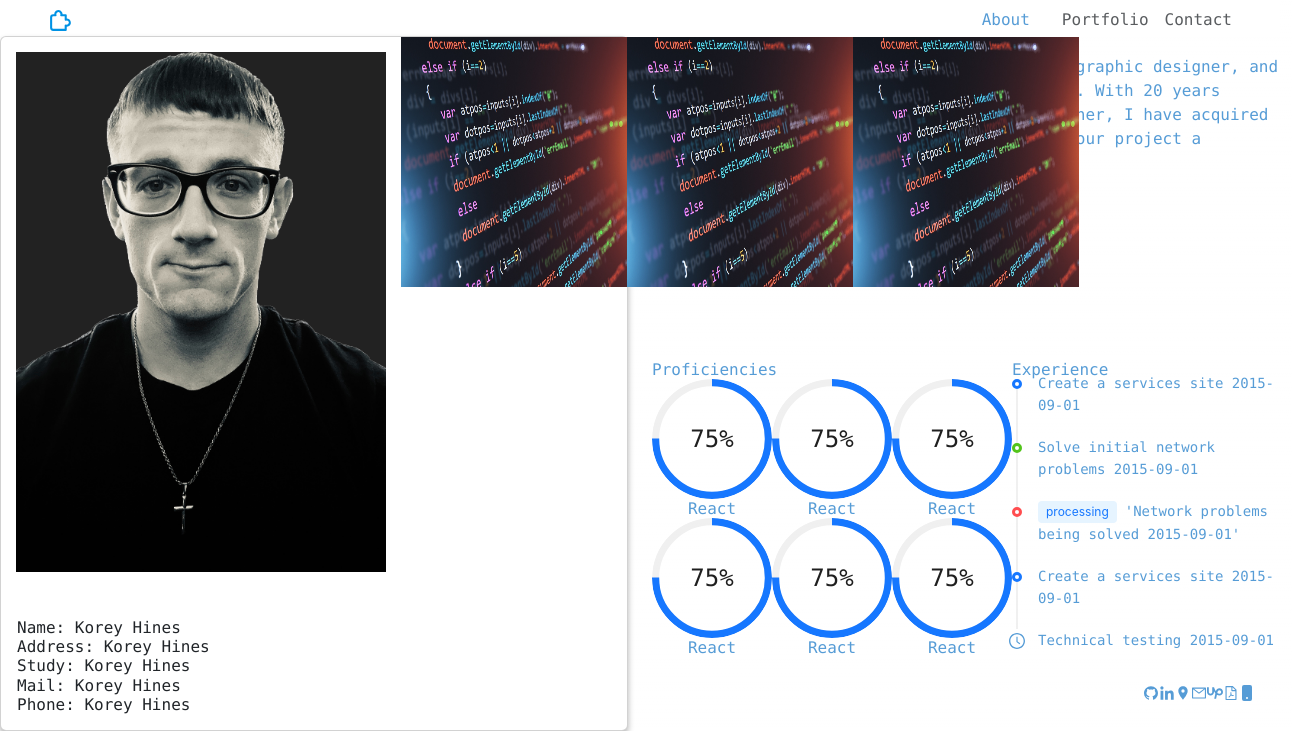
Repository: devkthines/next-portfolio-v2
Page: /about
These files come from the project's save history. The page is drawn as it stood at one moment and after a run of saves; the edit follows.
The browser window is 1280 px wide. The page is 1292 px wide, so the pictures cover 1292 px, including what lies to the right of the window. The pictures show the whole page.
The project was rebuilt for these pictures with package versions that can differ from the ones it lists, and the page was loaded fresh each time. The framework's server and built-in components were replaced by stand-ins that run in the browser. Also part of the build but not shown: next.config.js.

Above is the page before, as saved 2023-09-25 21:28:58.

### src/app/layout.tsx
import 'bootstrap/dist/css/bootstrap.css';
import './globals.css'
import '../../css/style.css'
import '../../css/mobile.css'
import type { Metadata } from 'next'
import { Inter } from 'next/font/google'
import TopNav from './components/topNav'
import Footer from './components/footer'
import BottomNav from './components/bottomNav'
// Put any other imports below so that CSS from your
// components takes precedence over default styles.
const inter = Inter({ subsets: ['latin'] })

export const metadata: Metadata = {
  title: "&lt;Korey ❤️ Coding/&gt;",
  description: 'Generated by create next app',
  icons: '/puzzle-piece.svg'
}

export default function RootLayout({
  children,
}: {
  children: React.ReactNode
}) {
  return (
    <html lang="en">
      <head>
        <link rel="shortcut icon" href="/puzzle-piece.svg" type="image/x-icon" />
      </head>
      <body className={inter.className}>
        <TopNav />
        {children}
        <Footer />
        <BottomNav />
      </body>
    </html>
  )
}

### src/app/about/page.js
'use client'
import Container from 'react-bootstrap/Container';
import Row from 'react-bootstrap/Row';
import Col from 'react-bootstrap/Col';
import Button from 'react-bootstrap/Button';
import Card from 'react-bootstrap/Card';
import { Progress, Space } from 'antd';
import { ClockCircleOutlined } from '@ant-design/icons';
import { Timeline } from 'antd';
import Image from 'next/image';
import { Descriptions } from 'antd';
import { Divider, Tag } from 'antd'
import {CaretRightOutlined} from '@ant-design/icons'
const items = [
  {
    key: '1',
    label: 'Name',
    children: 'Zhou Maomao',
  },
  {
    key: '2',
    label: 'Telephone',
    children: '209-366-9363',
  },
  {
    key: '3',
    label: 'Study',
    children: 'Software Engineering',
  },
  {
    key: '4',
    label: 'email',
    children: 'dev.kthines@gmail.com',
  },
  {
    key: '5',
    label: 'Address',
    children: 'Lodi, CA',
  },
];




export default function About() {

  return (
    <div id='about'>
      {/* <div> */}
        <Row>
          <Col id=''>
            <Card id='aboutcard'>
            <div className='d-flex'><Card.Img variant="top" id='aboutImg' src='/images/IMG-update.jpg' />
            <div id='aboutImgs' className='d-flex'>
              <img  className='aboutImgs' src="/images/webstorm-vs-vscode.jpeg" alt="" />
              <img className='aboutImgs' src="/images/webstorm-vs-vscode.jpeg" alt="" />
              <img className='aboutImgs' src="/images/webstorm-vs-vscode.jpeg" alt="" />
            </div></div>
            <Card.Body>
              <h6>Name:  Korey Hines</h6>
              <h6>Address:  Korey Hines</h6>
              <h6>Study:  Korey Hines</h6>
              <h6>Mail:  Korey Hines</h6>
              <h6>Phone:  Korey Hines</h6>
            </Card.Body>
          </Card>
          </Col>
          <Col id='' className=''>
            <div id='abtTop' className='d-flex '><div>
              <h1>About</h1>
              <p>Hello there! My name is Alan Walker. I am
                a graphic designer, and I'm very passionate and dedicated to my work.
                With 20 years experience as a professional a graphic designer,
                I have acquired the skills and knowledge necessary to make your project a success.</p></div>
              <div className='d-flex'>
                {/* <Card className='interests'>
                  <Card.Img variant="top" className='interestImg' src='/images/IMG-update.jpg' />
                  <Card.Body>
                    <Card.Text>
                      Volunteering
                    </Card.Text>
                  </Card.Body>
                </Card>
                <Card className='interests' >
                  <Card.Img variant="top" className='interestImg' src='/images/IMG-update.jpg' />
                  <Card.Body>
                    <Card.Text>
                      All things CrossFit
                    </Card.Text>
                  </Card.Body>
                </Card> */}
              </div>
            </div>
            <div id='abtBtm' className='d-flex'>
            <div>
              <h1>Proficiencies</h1>
              <div className='d-flex'>
                <div className='text-center'><Progress strokeLinecap="butt" type="circle" percent={75} /><h6>React</h6></div>
                <div className='text-center'><Progress strokeLinecap="butt" type="circle" percent={75} /><h6>React</h6></div>
                <div className='text-center'><Progress strokeLinecap="butt" type="circle" percent={75} /><h6>React</h6></div>
              </div>
              <div className='d-flex'>
                <div className='text-center'><Progress strokeLinecap="butt" type="circle" percent={75} /><h6>React</h6></div>
                <div className='text-center'><Progress strokeLinecap="butt" type="circle" percent={75} /><h6>React</h6></div>
                <div className='text-center'><Progress strokeLinecap="butt" type="circle" percent={75} /><h6>React</h6></div>
              </div>
            </div>
            <div> <h1>Experience</h1>
              <Timeline
                // mode="alternate"
                items={[
                  {
                    children: 'Create a services site 2015-09-01',
                  },
                  {
                    children: 'Solve initial network problems 2015-09-01',
                    color: 'green',
                  },
                  {
                    color: 'red',
                    children: <><Tag bordered={false} color="processing">
                      processing
                    </Tag>'Network problems being solved 2015-09-01'</>,
                  },
                  {
                    children: 'Create a services site 2015-09-01',
                  },
                  {
                    dot: <ClockCircleOutlined style={{ fontSize: '16px' }} />,
                    children: 'Technical testing 2015-09-01',
                  },
                ]}
              />
            </div>
            </div>
          </Col>
        </Row>
      {/* </div> */}
    </div>
  )
}

### css/style.css
* {
    box-sizing: border-box;
    margin: 0;
    padding: 0;
    font-family: Consolas, "Courier New", monospace;
    /* background-color: #222222; */
    color: #569cd6;

}

body {
    background-color: white;
}

.infoSection {
    /* width: 80vw; */
    height: 90vh;
    /* display: flex; */
    /* justify-content: center; */
    /* margin-bottom: 20vh; */
    background-color: #222222;
    border-bottom: 3px solid #569cd6;
}

#infoCol {
    display: flex;
    justify-content: center;
}

.aboutSection {
    /* width: 80vw; */
    padding-top: 100px;
    /* height: 70vh; */
    background: linear-gradient(#222222, rgb(24, 24, 24));
}

#portrait {
    width: 40vw;
    height: 80vh;
    /* border-radius: 0 0 2rem 2rem; */
}

#portraitCol {
    display: flex;
    justify-content: center;
}

#portrait:hover {
    transform: rotateX(180deg);
}

.imgTest {
    margin: 10px;
}

.imgTest:active {
    flex-grow: 10000;
    transform: scale(1);

    max-width: 600px;
    margin: 0px;
    border-radius: 40px;

    background-size: auto 100%;
}

.tab-content {
    height: 100% !important;
    margin-left: 25% !important;
}

/* .color-change{
    background-color: greenyellow;
} */
.noShow {
    display: none;
}

.buttonShow {
    display: block;
}

#tile1 {
    width: 700px;
    height: 500px;
}

#experience {
    padding-top: 50px;
    height: auto;
}

main {
    display: flex;
    flex-direction: column;
    justify-content: center;
    align-items: center;
}

.middle {
    transition: .5s ease;
    opacity: 0;
    position: absolute;
    top: 50%;
    left: 50%;
    transform: translate(-50%, -50%);
    -ms-transform: translate(-50%, -50%);
    text-align: center;
}

#imageTile1 {
    position: relative;
    width: 40vw;
    height: 70vh;
}

#tile1 {
    width: 100%;
    height: 100%;
}

#imageTile1:hover #tile1 {
    opacity: 0.3;
}

#imageTile1:hover .middle {
    opacity: 1;
}

.text {
    background-color: #04AA6D;
    color: white;
    font-size: 16px;
    padding: 16px 32px;
}

#no-expand {
    display: none;

}

#expandIt {
    display: block;
}

.no-Display {
    display: none;
}

.okToDisplay {
    display: block;
}

a.nav-link {
    color: #569cd6;
}


#topNav {
    background-color: white;
    display: none;
    /* position: fixed; */
    /* top: 0; */
    width: 100%;
    height: 5vh;
}

#footer {
    display: flex;
    justify-content: space-between;
    padding: 0 25px;
}

#bottomNav {
    display: flex;
    position: fixed;
    bottom: 0;
    width: 100%;
    background-color: white;
    font-size: 16px;
}
#about{
    /* margin-top: 10vh; */
    height: 90vh;
    /* overflow: hidden; */
}

#aboutImg{
    width: 400px;
    /* height: ; */
    padding: 15px 15px 30px;
}
#aboutcard{
    box-shadow: 0 4px 6px rgba(0, 0, 0, .3);
    /* height: fit-content; */
    /* width: 400px; */

}
.interests{
    width: 200px;
    height: 300px;
}
.interestImg{
    width: 200px;
    height: 200px;
}
#abtTop{
    height: 45vh;
}
#abtBtm{
    height: 45vh;
}
#abtLeft{
    /* width: 25vw; */
}
#abtRight{
    /* width: 75vw; */
}
.aboutImgs{
    width: 250px;
    height: 250px;
}

### css/mobile.css
@media screen and (min-width: 640px){

    /* background-color: green!important; */
    #portrait{
        width: 500px;
        height: 500px;
        /* border-radius: 0 0 2rem 2rem; */

    }

main{
    /* color: white!important; */
}
}
@media screen and (min-width: 768px){
#portraitCol{

    justify-content: start;
}
#infoCol{
    justify-content: end;
    /* text-align: end; */
}
}
@media screen and (min-width: 1024px){
    #portrait{
        width: 600px;
        height: 600px;
        /* border-radius: 0 0 2rem 2rem; */
    }
    #topNav{
        display:flex ;
    }
    #bottomNav{
        display: none;
    }
}
@media screen and (min-width: 1280px){

}
@media screen and (min-width: 1536px){

}

### src/app/components/topNav.js
'use client';
import Nav from 'react-bootstrap/Nav';
import Image from 'next/image';


export default function TopNav(){

    return(
        <header>
        {/* <Navbar id='topNav' className={`${color ? 'color-change' : ''}`} sticky='top' expand="lg" > */}

        <Nav id='topNav' variant="underline" defaultActiveKey="/home" className='d-flex justify-content-between'>
       <div className='ms-5'><Nav.Item>
          <Nav.Link href="/"><Image width={25} height={25} id='navbrand' src="/puzzle-piece.svg" alt="" /></Nav.Link>
        </Nav.Item></div>
        <div className='d-flex me-5'><Nav.Item className='px-3'>
          <Nav.Link href="/about">About</Nav.Link>
        </Nav.Item>
        <Nav.Item className='px-3'>
          <Nav.Link eventKey="disabled" disabled>
            Portfolio
          </Nav.Link>
        </Nav.Item>
        <Nav.Item>
          <Nav.Link eventKey="disabled" disabled>
            Contact
          </Nav.Link>
        </Nav.Item>
        </div>
      </Nav>
      </header>
    )
} ;

### src/app/components/footer.js
'use client'

import OverlayTrigger from 'react-bootstrap/OverlayTrigger';
import Card from 'react-bootstrap/Card';
import { AiFillGithub } from 'react-icons/ai';
import { GrLinkedinOption } from 'react-icons/gr';
import { MdVolunteerActivism } from 'react-icons/md';
import { IoLogoCss3 } from 'react-icons/io';
import { IoLogoJavascript } from 'react-icons/io';
import { CgGym } from 'react-icons/cg';
import { AiOutlineMail } from 'react-icons/ai';
import { AiOutlineFilePdf } from 'react-icons/ai';
import { BsFillPhoneFill } from 'react-icons/bs';
import { MdLocationOn } from 'react-icons/md';
import { SiUpwork } from 'react-icons/si';
// import PicOfMe from '/images/image_67220481.JPG'
import Container from 'react-bootstrap/Container';
import Row from 'react-bootstrap/Row';
import Col from 'react-bootstrap/Col';
import { useEffect } from 'react';
import Tooltip from 'react-bootstrap/Tooltip';
import $ from 'jquery'

 export default function Footer(){
    const btnName = {
        'gitHub': {
          'id': 1,
          "placement": "bottom",
          "info": "gitHub",
          "icon": <a href="https://github.com/devkthines" target='_blank'>
            <button className='quickLinks'><AiFillGithub /></button></a>
        },
        'linkedIn': {
          'id': 2,
          "placement": "bottom",
          "info": "linkedIn",
          "icon": <a href="https://www.linkedin.com/in/korey-hines-17b0a9263" target='_blank'><button className='quickLinks'><GrLinkedinOption />
          </button></a>
        },
        'gMaps': {
          'id': 3,
          "placement": "bottom",
          "info": "gMaps",
          "icon": <a href="https://goo.gl/maps/BovFkBEjUMQ6VBob9" target='_blank'>
            <button className='quickLinks'><MdLocationOn /></button></a>
        },
        'gMail': {
          'id': 4,
          "placement": "bottom",
          "info": "gMail",
          "icon": <a href="mailto:dev.kthines@gmail.com"><button className='quickLinks'><AiOutlineMail /></button></a>
        },
        'upWork': {
          'id': 5,
          "placement": "bottom",
          "info": "upWork",
          "icon": <a href="https://www.upwork.com/freelancers/~01ae4feb16c6fa7213?viewMode=1" target='_blank'>
            <button className='quickLinks'><SiUpwork /></button></a>
        },
        'redPDF': {
          'id': 6,
          "placement": "bottom",
          "info": "resume",
          "icon": <a className='aLink' target="_blank" href="/files/hinesResume.pdf">
            <button className='quickLinks'><AiOutlineFilePdf /></button></a>
        },
        'phone': {
          'id': 7,
          "placement": "bottom",
          "info": "phone",
          "icon": <a href="tel:2093669363" >  <button className='quickLinks'><BsFillPhoneFill /></button></a>
        }
      }
    return(
        <>
        <footer id='footer'><p>Copyright 2023- Korey Hines</p>
       <div> {Object.entries(btnName).map(([k, v]) => (
                <div className='d-inline-block' key={v.id}>
                  <OverlayTrigger
                    trigger="hover"
                    key={v.id}
                    placement={v.placement}
                    overlay={

                      <Tooltip id={`tooltip-${v.placement}`}>
                        {v.info}
                      </Tooltip>
                    }
                  >
                    {v.icon}
                  </OverlayTrigger>
                </div>))}
</div>
        </footer>
        </>
    )
 }

### src/app/components/bottomNav.js
'use client'
import Nav from 'react-bootstrap/Nav';
import Image from 'next/image';
export default function BottomNav(){

    return(
        <>
        <Nav id='bottomNav' className="justify-content-center" activeKey="/home">
        <Nav.Item>
          <Nav.Link href="/"><Image width={25} height={25} id='navbrand' src="/puzzle-piece.svg" alt="" /></Nav.Link>
        </Nav.Item>
        <Nav.Item>
          <Nav.Link eventKey="link-1">About</Nav.Link>
        </Nav.Item>
        <Nav.Item>
          <Nav.Link eventKey="link-2">Portfolio</Nav.Link>
        </Nav.Item>
        <Nav.Item>
          <Nav.Link eventKey="disabled" disabled>
            Contact
          </Nav.Link>
        </Nav.Item>
      </Nav>
        </>
    )
}

Loaded but not shown: src/app/globals.css (common file); tailwind.config.ts (common file)

After the next 3 saves:
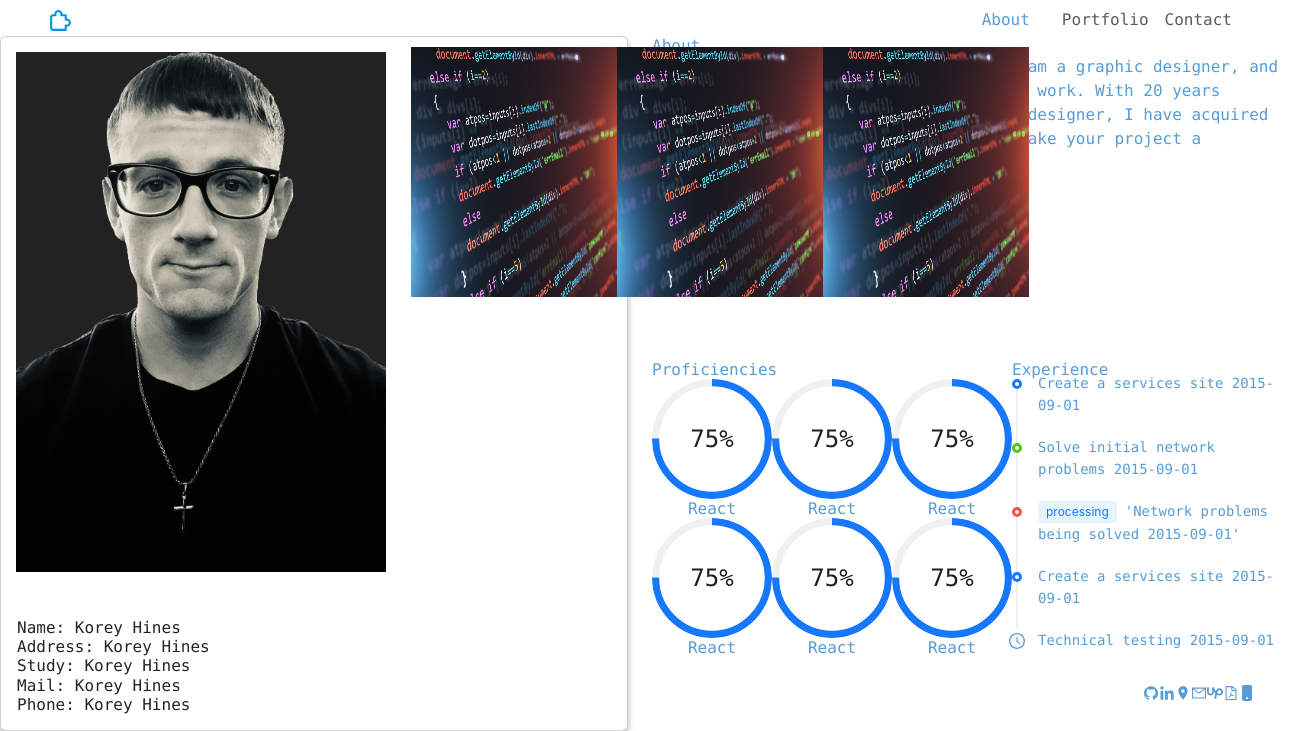
The 3 saves are shown as one change because they came seconds apart.
The last was saved 10 s later.
--- a/css/style.css
+++ b/css/style.css
@@ -220,3 +220,6 @@ a.nav-link {
     width: 250px;
     height: 250px;
 }
+#aboutImgs{
+    margin: 10px;
+}
